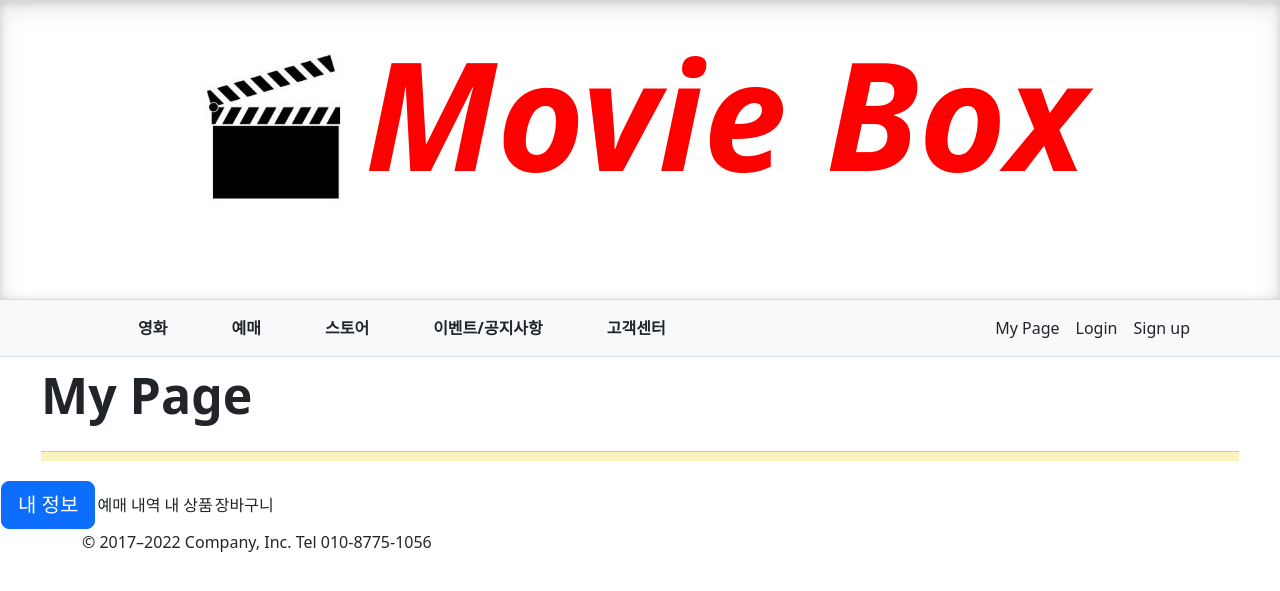
Repository: SpearManCN/MovieBox-2nd-Project-
Page: http://localhost/prj_01/WEB-INF/views/myPageHome.jsp
An editor plug-in stored every save of this project. The page is shown before and after the next save, followed by the edit.
The browser window is 1280 px wide. The pictures show the whole page.
The page is served by Tomcat 9. Nobody is signed in. The template is opened directly, without the code that normally fills it, so the values that code supplies are empty.

Above is the page before, as saved 2022-12-13 09:43:24.

After the next save:
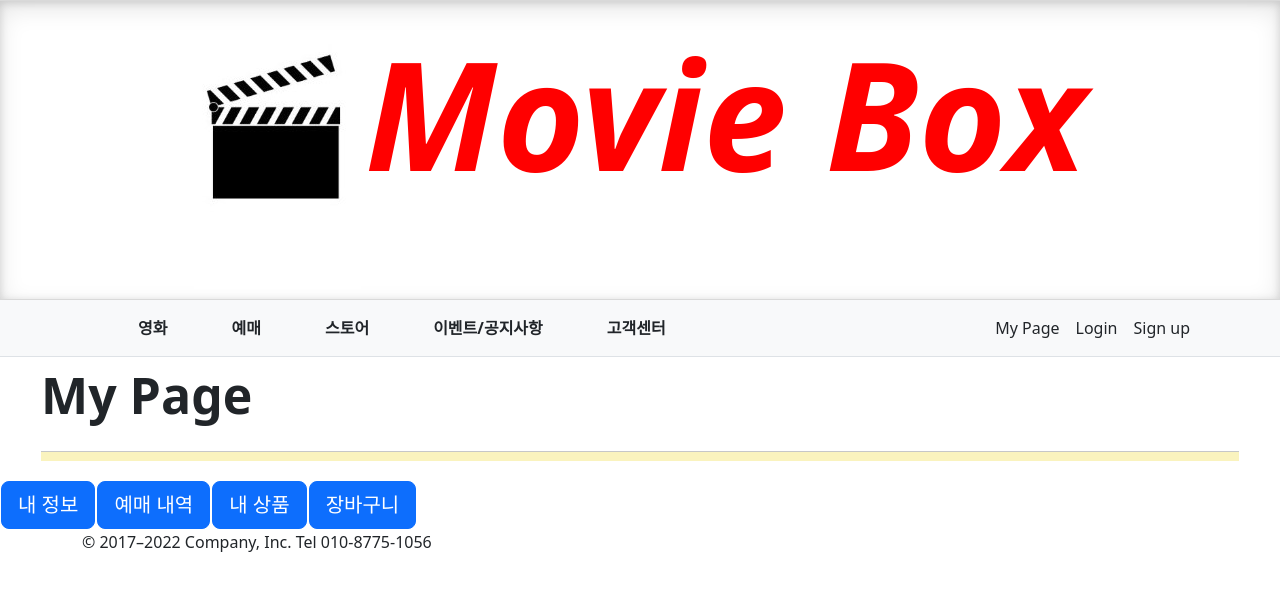
Saved 2 min 46 s later.
--- a/Second project/prj_01/src/main/webapp/WEB-INF/views/myPageHome.jsp
+++ b/Second project/prj_01/src/main/webapp/WEB-INF/views/myPageHome.jsp
@@ -23,7 +23,11 @@
 </table>
 </center>
 <table>
-	<tr><td><button type="button" class="btn btn-primary btn-lg">내 정보</button></td><td>예매 내역</td><td><td>내 상품</td><td>장바구니</td>
+	<tr>
+	<td><button type="button" class="btn btn-primary btn-lg">내 정보</button></td>
+	<td><button type="button" class="btn btn-primary btn-lg">예매 내역</button></td>
+	<td><button type="button" class="btn btn-primary btn-lg">내 상품</button></td>
+	<td><button type="button" class="btn btn-primary btn-lg">장바구니</button></td>
 	</tr>
 	<tr>
 	</tr>
